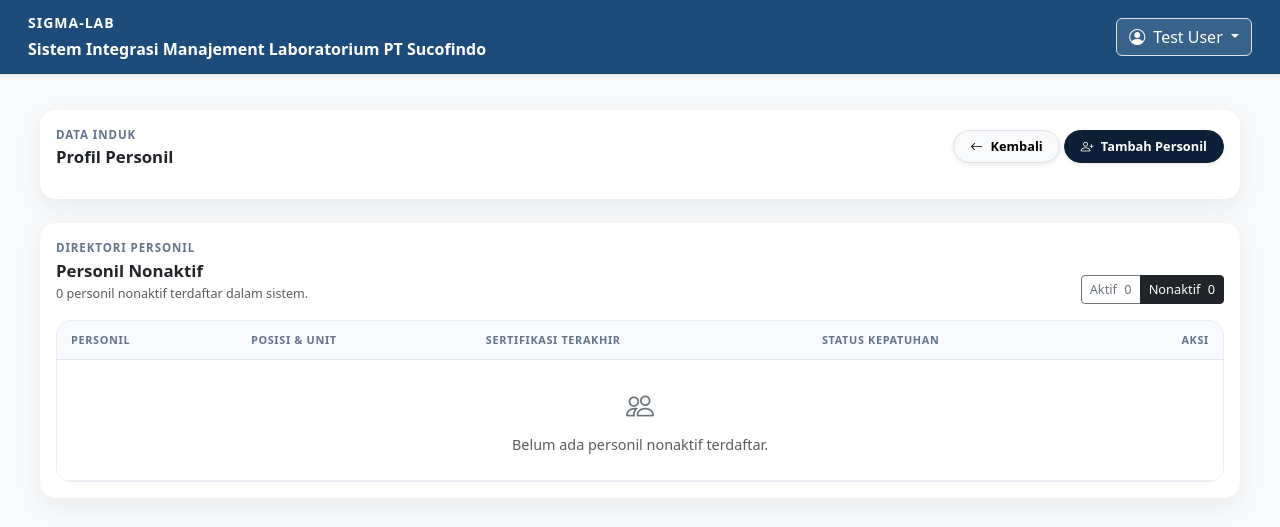
Repository: amelianeesa/sigmalab
Page: http://localhost/sdm?status=nonaktif
These files come from the project's save history. The page is drawn as it stood at one moment and after the next save; the edit follows.
The browser window is 1280 px wide. The pictures show the whole page.
The page is served by the project's Laravel application, run on PHP 8.4 with Laravel 12. A made-up administrator, Test User (test@example.com), is signed in. Other server files are loaded and not shown. Queries for data that is not in the repository find no rows.

Above is the page before, as saved 2026-08-06 13:38:05.

### routes/web.php
<?php

use Illuminate\Support\Facades\Route;
use App\Http\Controllers\AuthController;
use App\Http\Controllers\SdmController;

Route::get('/', [AuthController::class, 'showLogin']);
Route::get('/login', [AuthController::class, 'showLogin'])->name('login');
Route::post('/login', [AuthController::class, 'processLogin'])->name('login.process');

Route::get('/register', [AuthController::class, 'showRegister'])->name('register');
Route::post('/register', [AuthController::class, 'processRegister'])->name('register.process');

Route::post('/logout', [AuthController::class, 'logout'])->name('logout');

Route::middleware(['auth'])->group(function () {

    Route::get('/dashboard', function () {
        return view('dashboard-index');
    })->name('dashboard');

    Route::get('/sdm', [SdmController::class, 'index'])->name('sdm.index');
    Route::get('/sdm/create', [SdmController::class, 'create'])->name('sdm.create');
    Route::post('/sdm', [SdmController::class, 'store'])->name('sdm.store');
    Route::get('/sdm/{id}/edit', [SdmController::class, 'edit'])->name('sdm.edit');
    Route::put('/sdm/{id}', [SdmController::class, 'update'])->name('sdm.update');
    Route::delete('/sdm/{id}', [SdmController::class, 'destroy'])->name('sdm.destroy');
    Route::patch('/sdm/{id}/aktifkan', [SdmController::class, 'activate'])->name('sdm.activate');
    Route::delete('/sdm/{id}/permanen', [SdmController::class, 'forceDestroy'])->name('sdm.force-destroy');

    Route::get('/sdm/{id}/kompetensi', [SdmController::class, 'kompetensiDetail'])->name('sdm.kompetensi.detail');
    Route::post('/sdm/{id}/kompetensi', [SdmController::class, 'storeKompetensi'])->name('sdm.kompetensi.store');
    Route::put('/sdm/{id}/kompetensi/{kompetensiId}', [SdmController::class, 'updateKompetensi'])->name('sdm.kompetensi.update');
    Route::delete('/sdm/{id}/kompetensi/{kompetensiId}', [SdmController::class, 'destroyKompetensi'])->name('sdm.kompetensi.destroy');
    Route::get('/sdm/{id}/cv', [SdmController::class, 'showCv'])->name('sdm.cv');
});

### app/Models/User.php
<?php

namespace App\Models;

use Illuminate\Database\Eloquent\Factories\HasFactory;
use Illuminate\Foundation\Auth\User as Authenticatable;
use Illuminate\Notifications\Notifiable;

class User extends Authenticatable
{
    use HasFactory, Notifiable;

    protected $table = 'users';
    protected $primaryKey = 'users_id';

    protected $fillable = [
        'personil_id',
        'username',
        'email',
        'password',
        'role_id',
        'status_aktif',
    ];

    protected $hidden = [
        'password',
    ];

    public function personil()
    {
        return $this->belongsTo(Personil::class, 'personil_id', 'personil_id');
    }

    public function role()
    {
        return $this->belongsTo(Role::class, 'role_id', 'roles_id');
    }
}

### app/Http/Controllers/SdmController.php
<?php
namespace App\Http\Controllers;

use Illuminate\Http\Request;
use App\Models\Personil; // Sesuaikan dengan model Anda
use App\Models\KompetensiPersonil;
use Carbon\Carbon;
use Illuminate\Support\Facades\DB;
use Illuminate\Support\Facades\Storage;

class SdmController extends Controller
{
    public function index()
    {
        $showInactive = request('status') === 'nonaktif';
        $personil = Personil::with(['kompetensi' => fn ($query) => $query->orderByDesc('tanggal_terbit')])
            ->where('status_aktif', ! $showInactive)
            ->get();

        $jumlahPersonilAktif = Personil::where('status_aktif', true)->count();
        $jumlahPersonilNonaktif = Personil::where('status_aktif', false)->count();

        $personil->each(function (Personil $item) {
            $sertifikasi = $item->kompetensi->first();
            $item->sertifikasiTerakhir = $sertifikasi;

            if (! $sertifikasi) {
                $item->statusSertifikasi = ['label' => 'Belum bersertifikat', 'class' => 'status-empty', 'icon' => 'dash-circle'];
            } elseif (! $sertifikasi->tanggal_berakhir) {
                $item->statusSertifikasi = ['label' => 'Aktif', 'class' => 'status-active', 'icon' => 'check-circle'];
            } elseif ($sertifikasi->tanggal_berakhir->isPast()) {
                $item->statusSertifikasi = ['label' => 'Kedaluwarsa', 'class' => 'status-expired', 'icon' => 'x-circle'];
            } elseif ($sertifikasi->tanggal_berakhir->lessThanOrEqualTo(today()->addDays(60))) {
                $item->statusSertifikasi = ['label' => 'Segera berakhir', 'class' => 'status-warning', 'icon' => 'exclamation-circle'];
            } else {
                $item->statusSertifikasi = ['label' => 'Aktif', 'class' => 'status-active', 'icon' => 'check-circle'];
            }
        });
        $selectedPersonil = $personil->firstWhere('personil_id', request('personil_id'));

        return view('sdm.index', compact(
            'personil',
            'selectedPersonil',
            'showInactive',
            'jumlahPersonilAktif',
            'jumlahPersonilNonaktif'
        ));
    }

    public function create()
    {
        return view('sdm.create');
    }

    public function store(Request $request)
    {
        $request->validate([
            'no_induk' => 'required|unique:personil,no_induk',
            'nama' => 'required|string|max:100',
            'jabatan' => 'required|string|max:100',
            'unit_kerja' => 'required|string|max:100',
            'file_cv' => 'nullable|mimes:pdf,jpg,jpeg,png|max:2048',
            'nama_sertifikasi' => 'nullable|string|max:100',
            'no_sertifikasi' => 'nullable|string|max:100',
            'tanggal_terbit' => 'nullable|date',
            'tanggal_berakhir' => 'nullable|date|after_or_equal:tanggal_terbit',
        ]);

        $cvName = null;
        if ($request->hasFile('file_cv')) {
            $cvName = time() . '_' . $request->file_cv->getClientOriginalName();
            Storage::disk('local')->putFileAs('public/uploads/cv', $request->file('file_cv'), $cvName);
        }

        DB::transaction(function () use ($request, $cvName) {
            $personil = Personil::create([
                'no_induk' => $request->no_induk,
                'nama' => $request->nama,
                'jabatan' => $request->jabatan,
                'unit_kerja' => $request->unit_kerja,
                'file_cv' => $cvName,
                'status_aktif' => true,
            ]);

            if ($request->filled('nama_sertifikasi')) {
                $tanggalTerbit = Carbon::parse($request->input('tanggal_terbit') ?: today()->toDateString());

                KompetensiPersonil::create([
                    'personil_id' => $personil->personil_id,
                    'jenis_sertifikasi' => $request->nama_sertifikasi,
                    'no_sertifikasi' => $request->no_sertifikasi,
                    'tanggal_terbit' => $tanggalTerbit->toDateString(),
                    'tanggal_berakhir' => $request->tanggal_berakhir,
                ]);
            }
        });

        return redirect()->route('sdm.index')->with('success', 'Data personil berhasil ditambahkan.');
    }

    public function edit($id)
    {
        $personil = Personil::with(['kompetensi' => fn ($query) => $query->orderByDesc('tanggal_terbit')])->findOrFail($id);
        $sertifikasi = $personil->kompetensi->first();

        return view('sdm.edit', compact('personil', 'sertifikasi'));
    }

    public function update(Request $request, $id)
    {
        $personil = Personil::findOrFail($id);

        $request->validate([
            'no_induk' => 'required|unique:personil,no_induk,' . $id . ',personil_id',
            'nama' => 'required|string|max:100',
            'jabatan' => 'required|string|max:100',
            'unit_kerja' => 'required|string|max:100',
            'file_cv' => 'nullable|mimes:pdf,jpg,jpeg,png|max:2048',
            'nama_sertifikasi' => 'nullable|string|max:100',
            'no_sertifikasi' => 'nullable|string|max:100',
            'tanggal_terbit' => 'nullable|date',
            'tanggal_berakhir' => 'nullable|date|after_or_equal:tanggal_terbit',
        ]);

        if ($request->hasFile('file_cv')) {
            if ($personil->file_cv && Storage::disk('local')->exists('public/uploads/cv/' . $personil->file_cv)) {
                Storage::disk('local')->delete('public/uploads/cv/' . $personil->file_cv);
            }
            $cvName = time() . '_' . $request->file_cv->getClientOriginalName();
            Storage::disk('local')->putFileAs('public/uploads/cv', $request->file('file_cv'), $cvName);
            $personil->file_cv = $cvName;
        }

        DB::transaction(function () use ($personil, $request) {
            $personil->update([
                'no_induk' => $request->no_induk,
                'nama' => $request->nama,
                'jabatan' => $request->jabatan,
                'unit_kerja' => $request->unit_kerja,
            ]);

            if ($request->filled('nama_sertifikasi')) {
                $dataSertifikasi = [
                    'jenis_sertifikasi' => $request->nama_sertifikasi,
                    'no_sertifikasi' => $request->no_sertifikasi,
                    'tanggal_terbit' => $request->tanggal_terbit,
                    'tanggal_berakhir' => $request->tanggal_berakhir,
                ];

                $sertifikasi = $personil->kompetensi()->orderByDesc('tanggal_terbit')->first();
                $sertifikasi
                    ? $sertifikasi->update($dataSertifikasi)
                    : $personil->kompetensi()->create($dataSertifikasi);
            }
        });

        return redirect()->route('sdm.index')->with('success', 'Data personil berhasil diperbarui.');
    }

    public function destroy($id)
    {
        $personil = Personil::findOrFail($id);
        // Soft delete sesuai rancangan database
        $personil->update(['status_aktif' => false]);

        return redirect()->route('sdm.index')->with('success', 'Data personil dinonaktifkan (Soft Delete).');
    }

    public function activate($id)
    {
        $personil = Personil::findOrFail($id);
        $personil->update(['status_aktif' => true]);

        return redirect()->route('sdm.index')->with('success', 'Personil berhasil diaktifkan kembali.');
    }

    public function forceDestroy($id)
    {
        $personil = Personil::where('status_aktif', false)->findOrFail($id);

        if (DB::table('kegiatan_personil')->where('personil_id', $personil->personil_id)->exists()) {
            return redirect()->route('sdm.index', ['status' => 'nonaktif'])
                ->with('error', 'Personil tidak dapat dihapus permanen karena masih tercatat dalam kegiatan laboratorium.');
        }

        $fileCv = $personil->file_cv;
        $personil->delete();

        if ($fileCv && Storage::disk('local')->exists('public/uploads/cv/' . $fileCv)) {
            Storage::disk('local')->delete('public/uploads/cv/' . $fileCv);
        }

        return redirect()->route('sdm.index', ['status' => 'nonaktif'])
            ->with('success', 'Data personil beserta CV dan sertifikasinya telah dihapus permanen.');
    }

    public function kompetensiDetail($id)
    {
        $personil = Personil::with(['kompetensi' => fn ($query) => $query->orderByDesc('tanggal_terbit')])->findOrFail($id);
        return view('sdm.kompetensi_detail', compact('personil'));
    }

    public function storeKompetensi(Request $request, $id)
    {
        $personil = Personil::findOrFail($id);
        $data = $request->validate([
            'jenis_sertifikasi' => 'required|string|max:100',
            'no_sertifikasi' => 'nullable|string|max:100',
            'tanggal_terbit' => 'nullable|date',
            'tanggal_berakhir' => 'nullable|date|after_or_equal:tanggal_terbit',
        ]);

        $personil->kompetensi()->create($data);

        return redirect()->route('sdm.kompetensi.detail', $personil->personil_id)
            ->with('success', 'Sertifikat berhasil ditambahkan.');
    }

    public function updateKompetensi(Request $request, $id, $kompetensiId)
    {
        $personil = Personil::findOrFail($id);
        $kompetensi = $personil->kompetensi()->findOrFail($kompetensiId);
        $data = $request->validate([
            'jenis_sertifikasi' => 'required|string|max:100',
            'no_sertifikasi' => 'nullable|string|max:100',
            'tanggal_terbit' => 'nullable|date',
            'tanggal_berakhir' => 'nullable|date|after_or_equal:tanggal_terbit',
        ]);

        $kompetensi->update($data);

        return redirect()->route('sdm.kompetensi.detail', $personil->personil_id)
            ->with('success', 'Sertifikat berhasil diperbarui.');
    }

    public function destroyKompetensi($id, $kompetensiId)
    {
        $personil = Personil::findOrFail($id);
        $personil->kompetensi()->findOrFail($kompetensiId)->delete();

        return redirect()->route('sdm.kompetensi.detail', $personil->personil_id)
            ->with('success', 'Sertifikat berhasil dihapus.');
    }

    public function showCv($id)
    {
    $personil = Personil::findOrFail($id);
        $path = 'public/uploads/cv/' . $personil->file_cv;

        abort_unless($personil->file_cv && Storage::disk('local')->exists($path), 404, 'File CV tidak ditemukan.');

        return Storage::disk('local')->response($path, $personil->file_cv, [
            'Content-Disposition' => 'inline; filename="' . $personil->file_cv . '"',
        ]);
    }
}

### app/Models/Personil.php
<?php

namespace App\Models;

use Illuminate\Database\Eloquent\Factories\HasFactory;
use Illuminate\Database\Eloquent\Model;
use App\Models\KompetensiPersonil;

class Personil extends Model
{
    use HasFactory;

    protected $table = 'personil';
    protected $primaryKey = 'personil_id';

    protected $fillable = [
        'nama',
        'jabatan',
        'unit_kerja',
        'no_induk',
        'file_cv',
        'status_aktif',
    ];

    public function kompetensi()
    {
        return $this->hasMany(KompetensiPersonil::class, 'personil_id', 'personil_id');
    }
}

### resources/views/layouts/app.blade.php
<!DOCTYPE html>
<html lang="id">

<head>
    <meta charset="UTF-8">
    <title>Dashboard - SIGMALAB Sucofindo</title>
    <link href="https://cdn.jsdelivr.net/npm/bootstrap@5.3.0/dist/css/bootstrap.min.css" rel="stylesheet">
    <link href="https://cdn.jsdelivr.net/npm/bootstrap-icons@1.10.5/font/bootstrap-icons.css" rel="stylesheet">
    <style>
        body {
            background-color: #f8f9fa;
        }

        :root{
            --sdm-50: #eef0f1;
            --sdm-500: #1d4c7a;
            --sdm-600: #1d4c7a;
            --sdm-700: #163d63;
        }

        #content {
            margin-left: 0;
            padding: 24px;
            padding-top: 20px;
        }

        .top-navbar {
            background: var(--sdm-600);
            padding: 12px 28px;
            border-bottom: 1px solid var(--sdm-700);
            margin-left: 0;
            display: flex;
            justify-content: space-between;
            align-items: center;
            position: sticky;
            top: 0;
            z-index: 1020;
            min-height: 64px;
            color: #fff;
        }
        .top-navbar .text-secondary { color: rgba(255,255,255,.75) !important; }
        .top-navbar .fw-bold { color: #fff !important; }
        .top-navbar .dropdown .btn {
            background: rgba(255,255,255,.12);
            color: #fff;
            border-color: rgba(255,255,255,.18);
        }

        /* Prevent long/unexpected text from breaking header layout */
        .top-navbar .dropdown button {
            max-width: 220px;
            overflow: hidden;
            text-overflow: ellipsis;
            white-space: nowrap;
        }

        /* Make cards in dashboard more consistent and avoid overflow */
        .card.h-100 .card-body { min-height: 120px; }
        .card .card-body p { word-break: break-word; }
        /* Module card utilities */
        .module-card { transition: transform .12s ease, box-shadow .12s ease, border-color .12s ease; }
        .module-card:hover { transform: translateY(-4px); box-shadow: 0 12px 30px rgba(15,35,59,.08); }
        .sdm-highlight { border-color: var(--sdm-600) !important; }

        /* SDM theme helpers */
        .sdm-text { color: var(--sdm-600) !important; }
        .sdm-btn { background: var(--sdm-600); border-color: var(--sdm-600); color: #fff; }
        .sdm-border { border-color: rgba(76,29,149,0.12); }
    </style>
</head>

<body>
    <!-- Sidebar removed: content now full-width -->

    <div class="top-navbar shadow-sm">
        <div>
            <span class="text-uppercase text-secondary fs-7 fw-bold d-block mb-1" style="font-size: 14px; letter-spacing: 1px;">SIGMA-LAB</span>
            <div class="mb-0 fw-bold">Sistem Integrasi Manajement Laboratorium PT Sucofindo</div>
        </div>
        <div class="dropdown">
            <button class="btn btn-light dropdown-toggle border" type="button" data-bs-toggle="dropdown" title="Profil">
                <i class="bi bi-person-circle me-1"></i> {{ Auth::user()->name ?? Auth::user()->username ?? 'Pengguna' }}
            </button>
            <ul class="dropdown-menu dropdown-menu-end">
                <li>
                    <form action="{{ route('logout') }}" method="POST">
                        @csrf
                        <button type="submit" class="dropdown-item text-danger"><i
                                class="bi bi-box-arrow-right me-2"></i> Logout</button>
                    </form>
                </li>
            </ul>
        </div>
    </div>

    <div id="content">
        @yield('content')
    </div>

    <script src="https://cdn.jsdelivr.net/npm/bootstrap@5.3.0/dist/js/bootstrap.bundle.min.js"></script>
</body>

</html>

Loaded but not shown: app/Http/Controllers/Controller.php (common file); resources/views/sdm/index.blade.php (346 lines, source omitted)

After the next save:
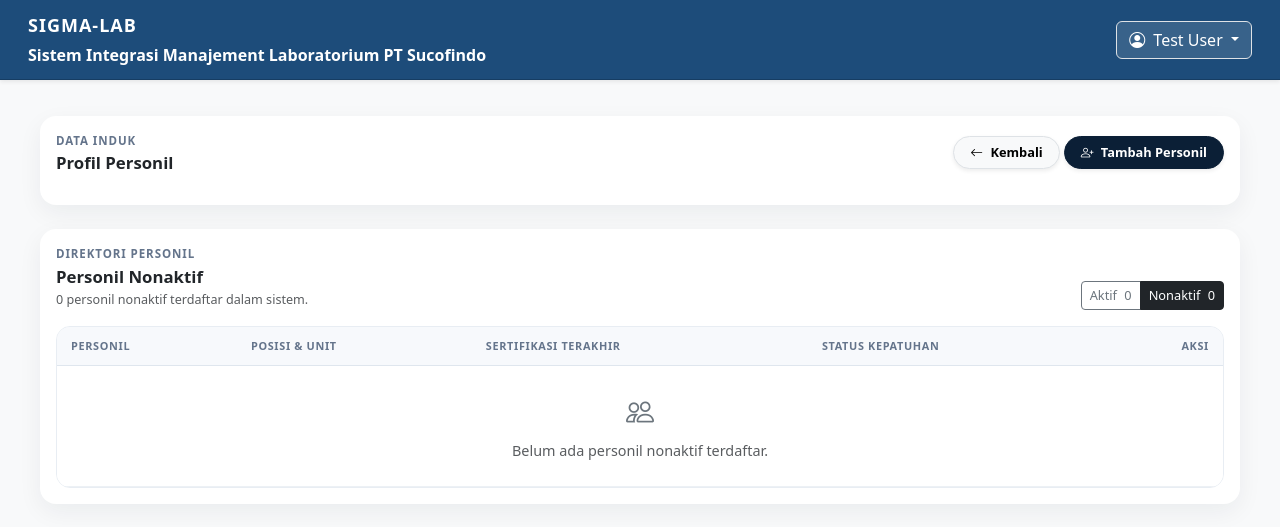
Saved 4 s later.
--- a/resources/views/layouts/app.blade.php
+++ b/resources/views/layouts/app.blade.php
@@ -74,7 +74,7 @@
 
     <div class="top-navbar shadow-sm">
         <div>
-            <span class="text-uppercase text-secondary fs-7 fw-bold d-block mb-1" style="font-size: 14px; letter-spacing: 1px;">SIGMA-LAB</span>
+            <span class="text-uppercase text-secondary fs-7 fw-bold d-block mb-1" style="font-size: 18px; letter-spacing: 1px;">SIGMA-LAB</span>
             <div class="mb-0 fw-bold">Sistem Integrasi Manajement Laboratorium PT Sucofindo</div>
         </div>
         <div class="dropdown">
